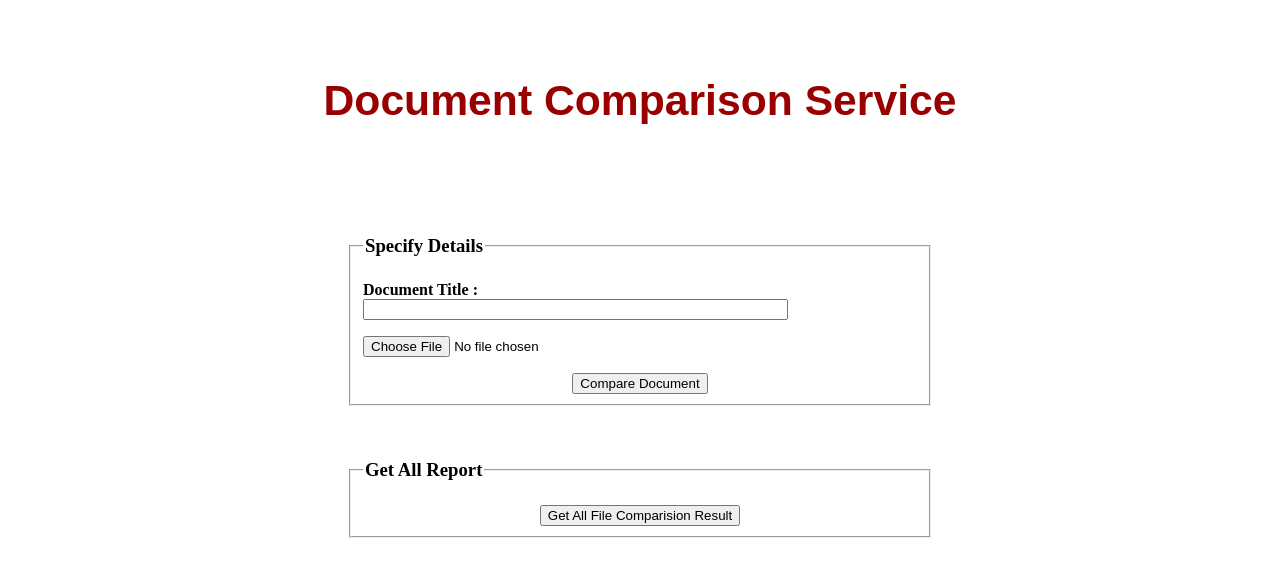
Repository: DonalMcGahon/A-JEE-Application-for-Measuring-Document-Similarity
Page: http://localhost/JEE_Project/
These files come from the project's save history. The page is drawn as it stood at one moment and after the next save; the edit follows.
The browser window is 1280 px wide. The pictures show the whole page.
The page is served by Tomcat 9.

Above is the page before, as saved 2018-01-02 19:43:40.

After the next save:
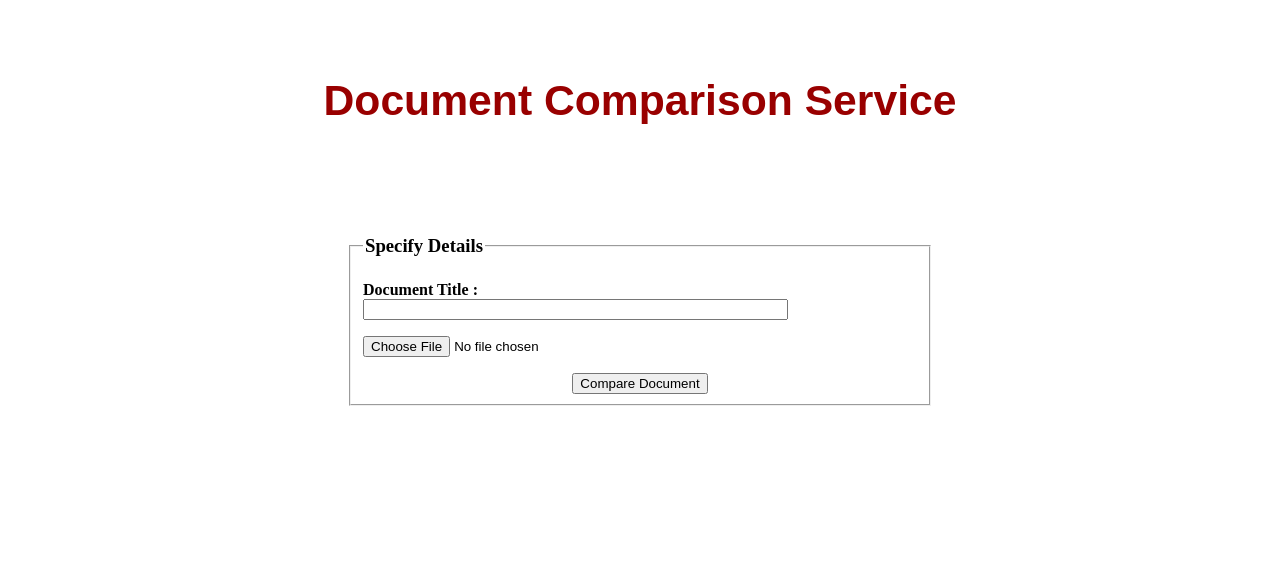
Saved 24 min 51 s later.
--- a/JEE Project/WebContent/index.jsp
+++ b/JEE Project/WebContent/index.jsp
@@ -20,13 +20,6 @@
 				</fieldset>
 			</form>
 
-			<br/>
-		<form bgcolor="white" method="POST"  class="form-panel"  enctype="multipart/form-data" action="doGetResult">
-				<fieldset>
-					 <legend><h3>Get All Report</h3></legend>
-					<center><input class="button" type="submit" value="Get All File Comparision Result"></center>
-				</fieldset>
-			</form>
 
 		</td>
 	</tr>
